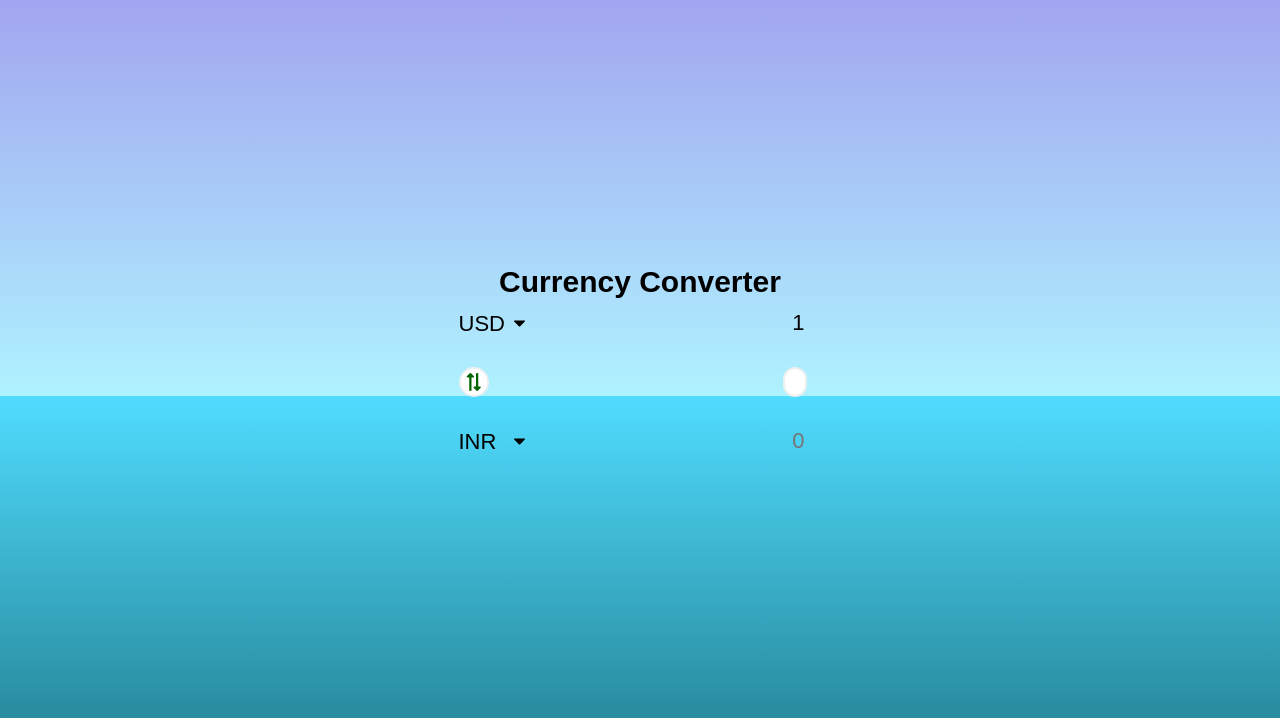
Repository: Sp4ngl3r/Currency-Converter
Page: currency.html
These files come from the project's save history. The page is drawn as it stood at one moment and after the next save; the edit follows.
The browser window is 1280 px wide. The pictures show the whole page.
The page's requests for data from a server got no answer. Some web fonts or font styles are not loaded; a fallback is used. Some web libraries are served in a nearby version.

Above is the page before, as saved 2020-04-19 09:16:13.

After the next save:
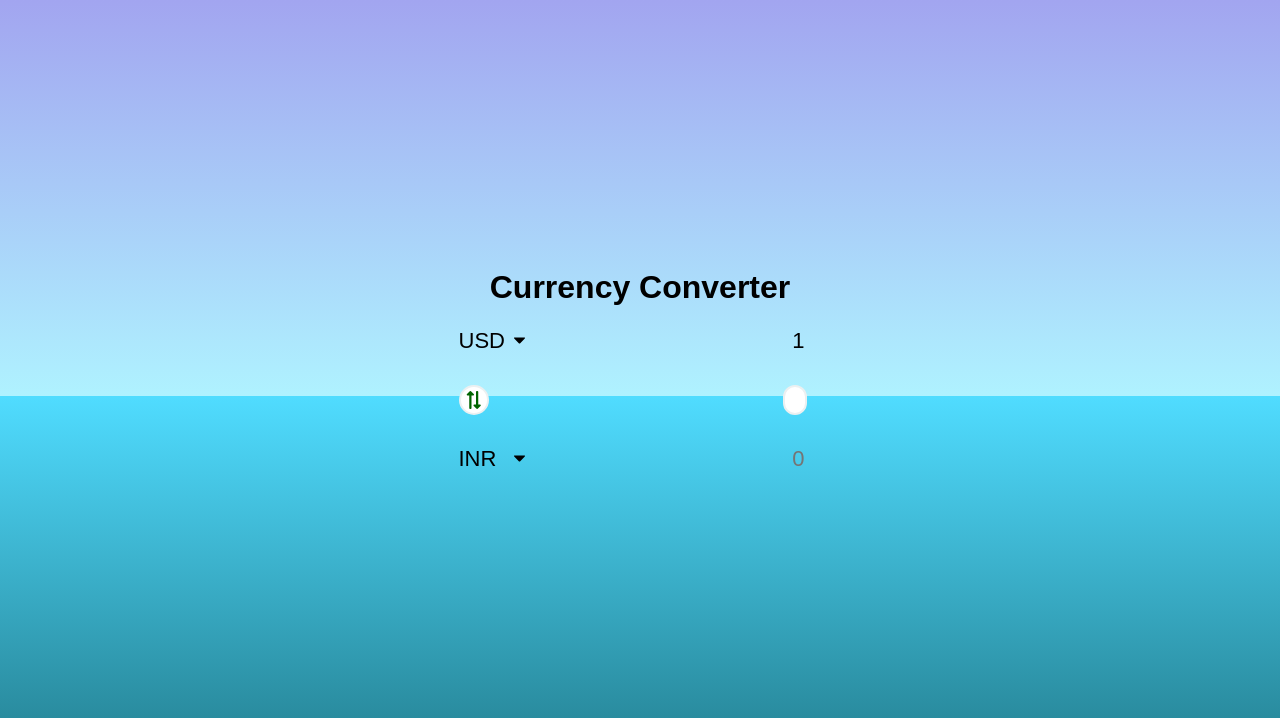
Saved 12 s later.
--- a/currency.css
+++ b/currency.css
@@ -84,8 +84,4 @@ button:focus {
 }
 h1 {
   font-family: "Comic Sans MS", cursive, sans-serif;
-  font-size: 30px;
-  font-weight: bold;
-  margin-top: 0px;
-  margin-bottom: 10px;
 }
